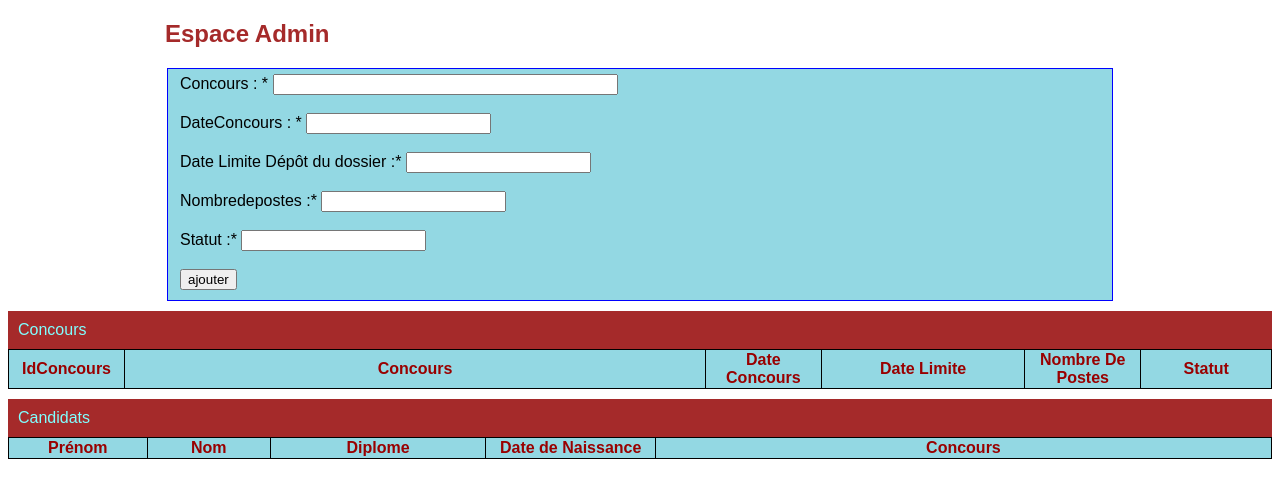
Repository: yahouari/Stage2019
Page: http://localhost/test/Gestion.jsp
An editor plug-in stored every save of this project. The page is shown before and after the next save, followed by the edit.
The browser window is 1280 px wide. The pictures show the whole page.
The page is served by Tomcat 9. Queries for data that is not in the repository find no rows.

Above is the page before, as saved 2019-07-26 11:55:23.

After the next save:
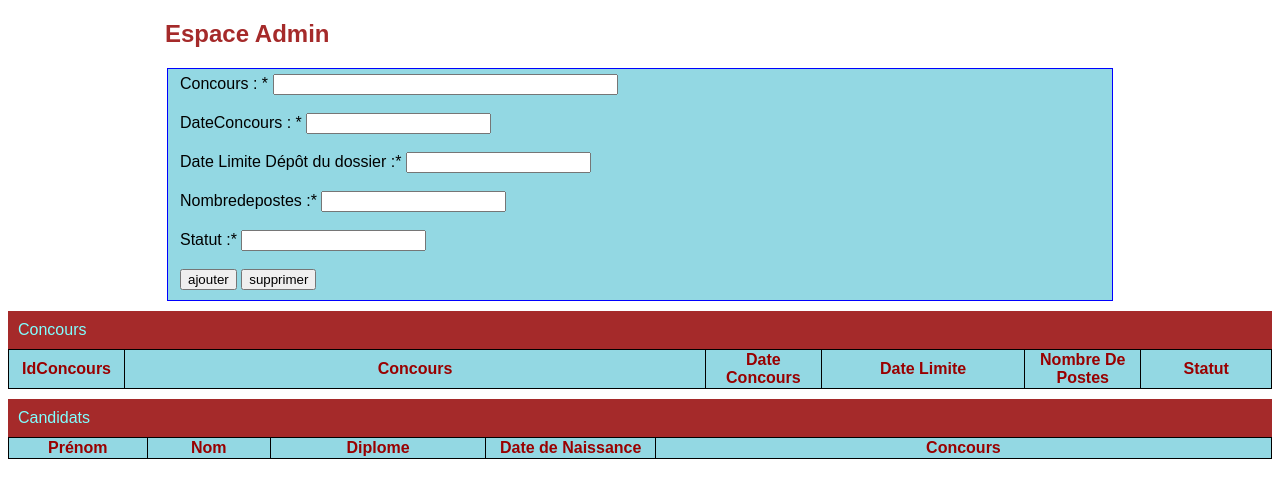
Saved 3 min 15 s later.
--- a/test/WebContent/Gestion.jsp
+++ b/test/WebContent/Gestion.jsp
@@ -40,11 +40,13 @@
 
 
               <input type="submit" value="ajouter"  />
+              <form>
 
+              <form method="get" action="GestionServlet">
+			  <input type="submit" value="supprimer"  />
+			  </form>
+			  </fieldset>
 
-
-			  </fieldset>
-			  </form>
         </div>
          <legend>Concours</legend>
 
